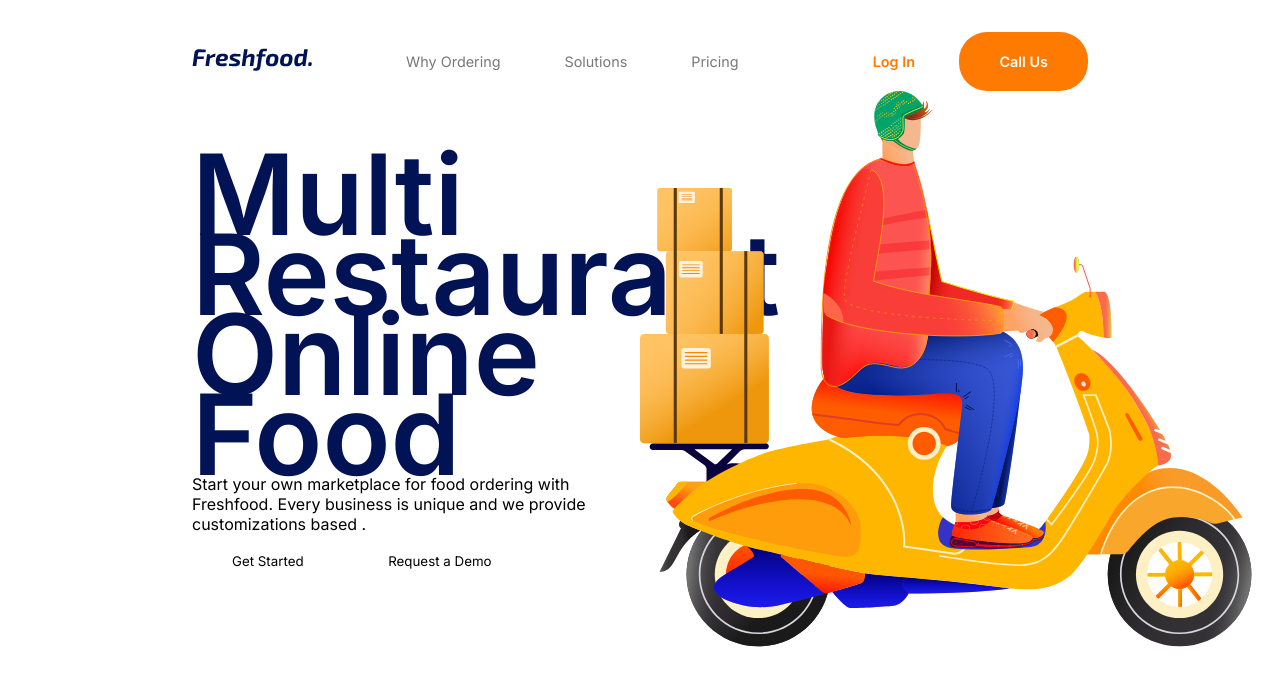
Repository: badhon252/FreshFood
Page: index.html
The author's editor kept a copy of each file at every save. The page is drawn from the files as they stood at one save, then again after the next save.
The browser window is 1280 px wide. The pictures show the whole page.
The style sheet was rebuilt from its Sass, Less or Tailwind sources for each picture, by a compiler version that may differ from the author's.

Above is the page before, as saved 2022-09-06 00:18:28.

### index.html
<!DOCTYPE html>
<html lang="en">

<head>
    <meta charset="UTF-8">
    <meta http-equiv="X-UA-Compatible" content="IE=edge">
    <meta name="viewport" content="width=device-width, initial-scale=1.0">
    <link rel="stylesheet" href="./scss/style.css">
    <title>Document</title>
</head>

<body>
    <header class="container">
        <nav class="navbar">
            <div class="navbar-brand">
                <img src="./images/Freshfood.svg" alt="">
            </div>
            <ul class="navs">
                <li class="nav-item"><a href="" class="nav-link">Why Ordering</a></li>
                <li class="nav-item"><a href="" class="nav-link">Solutions</a></li>
                <li class="nav-item"><a href="" class="nav-link">Pricing</a></li>
            </ul>
            <div class="logs">
                <button class="btn">Log In</button>
                <button class="btn call">Call Us</button>
            </div>
        </nav>

        <div class="header-content">
            <div class="row">
                <div class="col-md-6">
                    <h1>Multi Restaurant Online Food</h1>
                    <p>Start your own marketplace for food ordering with Freshfood. Every business is unique and we
                        provide customizations
                        based .</p>
                    <button class="btn">Get Started</button>
                    <button class="btn">Request a Demo</button>
                </div>
                <div class="col-md-6"><img src="./images/Group 5402.svg" alt=""></div>
            </div>
        </div>

    </header>
</body>

</html>

### scss/style.scss
@import url("https://fonts.googleapis.com/css2?family=Inter:wght@400;600;700;800;900&display=swap");
* {
  margin: 0%;
  padding: 0%;
  box-sizing: border-box;
  font-family: "Inter", sans-serif;
}

.container {
  margin: 2rem 12rem;
}
.btn {
  outline: none;
  border: none;
  padding: 1.2rem 2.5rem;
  background-color: transparent;
}

.row {
  display: flex;
  justify-content: center;
  align-items: center;
  max-width: 100%;
  .col-md-6 {
    max-width: 50%;
  }
}

h1 {
  font-weight: 600;
  font-size: 60px;
  line-height: 80px;
  /* or 133% */

  color: #011255;
}
//=====
//=====
//=====
.navbar {
  display: flex;
  justify-content: space-between;
  align-items: center;
  ul {
    display: flex;
    li {
      margin: 1rem 2rem;
      list-style-type: none;
      .nav-link {
        text-decoration: none;
        color: black;
        font-weight: 500;
        font-size: 0.9rem;
        line-height: 21px;
        /* identical to box height */

        text-align: center;

        color: #787878;
      }
    }
  }

  .btn {
    font-weight: 500;
    font-size: 0.9rem;
    line-height: 21px;
    /* identical to box height */
    font-weight: 600;
    color: #ff7a00;
  }
  .call {
    background: #ff7a00;
    border-radius: 28px;
    color: #fff;
  }
}

.header-content {
  h1 {
    font-weight: 600;
    font-size: 7rem;
    line-height: 80px;
    color: #011255;
  }
}

After the next save:
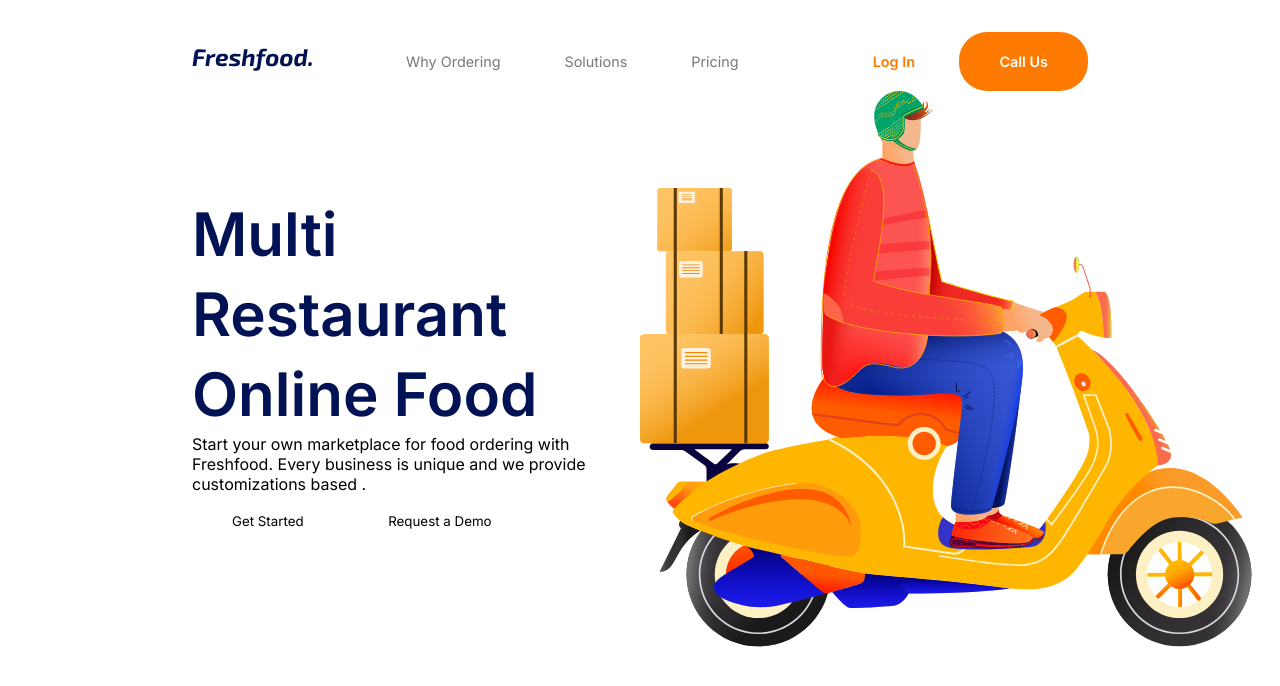
Saved 11 s later.
--- a/scss/style.scss
+++ b/scss/style.scss
@@ -77,10 +77,4 @@
 }
 
 .header-content {
-  h1 {
-    font-weight: 600;
-    font-size: 7rem;
-    line-height: 80px;
-    color: #011255;
-  }
 }
